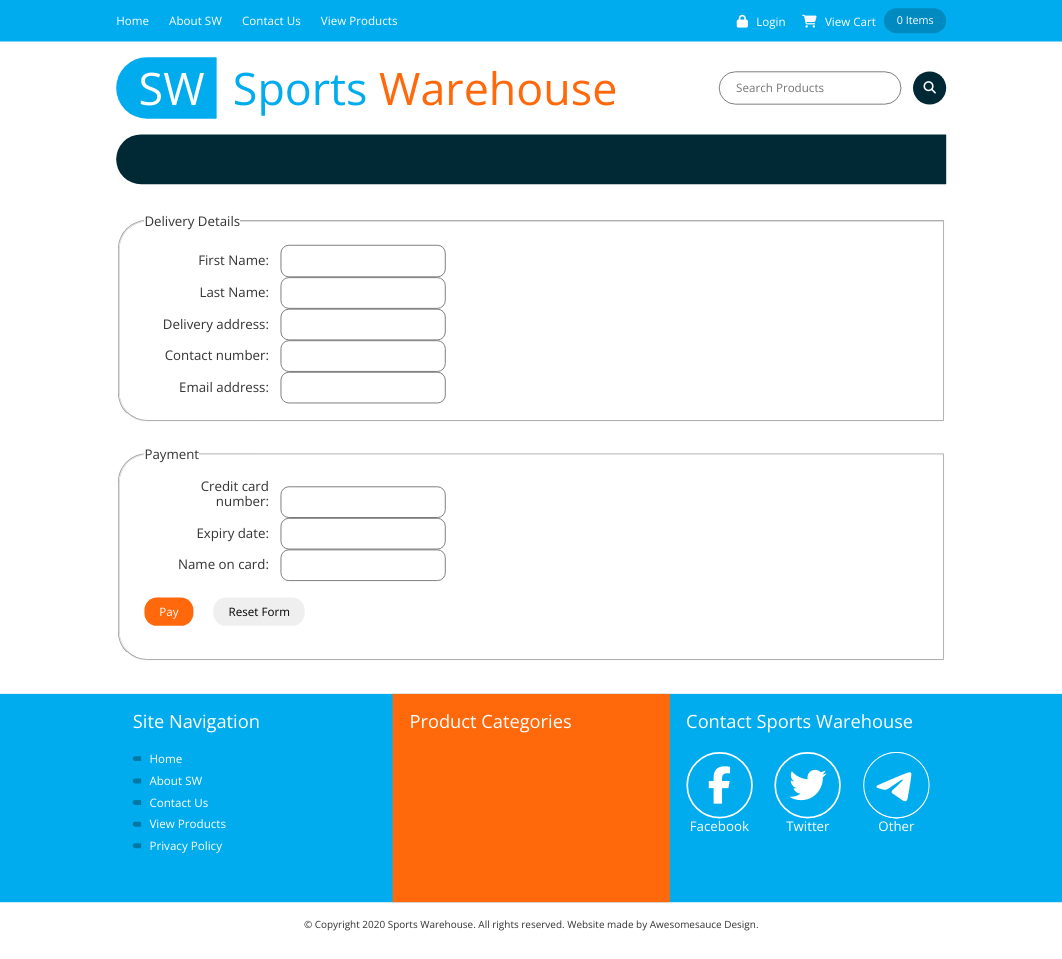
Repository: TonyHoukun-2022/sportswarehouse-php
Page: http://localhost/checkout.php
An editor plug-in stored every save of this project. The page is shown before and after the next save, followed by the edit.
The browser window is 1280 px wide. The pictures show the whole page, at 83% of full size.
Some web libraries are served in a nearby version. The page is run by PHP 8.4 with error messages shown; the project is at /var/www/html/. Queries for data that is not in the repository find no rows.

Above is the page before, as saved 2021-11-24 21:16:09.

### checkout.php
<?php
  require_once "classes/Category.php";

  session_start();

  $category = new Category();
  $categoryRows = $category->getCategories();


  $title = "Checkout";

  // start buffer
  ob_start();

  // display checkout form
  include "templates/checkoutForm.html.php";

  $output = ob_get_clean();

  include "templates/layout.html.php";
?>

### classes/Category.php
<?php
// this class is part of the business layer it used the DBAccess class
require_once "DBAccess.php";

class Category {
  // private properties
  private $_categoryName;
  private $_categoryId;

  // constructor sets up the database settings and creats a DBAccess onject
  public function __construct() {
    // get datbase settings
    include "settings/db.php";

    try {
      // create database object
      $this->_db = new DBAccess ($dsn, $username, $password);
    } catch (PDOException $e) {
      die ("Unable to connect to database, " . $e->getmessage());
    }
  }

  // set and get methods
  // get category name
  public function getCategoryName($categoryId) {
    try {
      // connect to db
      $pdo = $this->_db->connect();

      // set up SQL
      $sql = "SELECT categoryName  FROM category WHERE categoryId = :categoryId";
      $stmt = $pdo->prepare($sql);
      $stmt->bindValue(":categoryId", $categoryId);

      // execuet SQL
      $rows = $this->_db->executeSQL($stmt);

      return $rows;
    } catch (PDOException $e) {
      throw $e;
    }
  }

  // get category id
  // public function getCategoryId() {
  //   try {
  //     // connect to db
  //     $pdo = $this->_db->connect();

  //     // set up SQL
  //     $sql = "SELECT categoryId  FROM category";
  //     $stmt = $pdo->prepare($sql);

  //     // execuet SQL
  //     $rows = $this->_db->executeSQL($stmt);

  //     return $rows;
  //   } catch (PDOException $e) {
  //     throw $e;
  //   }
  // }

  // get all categories
  public function getCategories() {
    try {
      // connect to db
      $pdo = $this->_db->connect();

      // set up SQL
      $sql = "SELECT categoryName, categoryId FROM category";
      $stmt = $pdo->prepare($sql);

      // execuet SQL
      $rows = $this->_db->executeSQL($stmt);

      return $rows;
    } catch (PDOException $e) {
      throw $e;
    }
  }

   // add new category
   public function addCategory() {
    // connect to db
    $pdo = $this->_db->connect();

    // set up SQL
    $sql = "insert into category(categoryId, categoryName) values ( :categoryId, :categoryName)";
    $stmt = $pdo->prepare($sql);
    $stmt->bindValue(":categoryId", $_POST["newCategoryId"], PDO::PARAM_INT);
    $stmt->bindValue(":categoryName", $_POST["newCategoryName"], PDO::PARAM_STR);
    $stmt->execute();

    // execuet SQL
    $message = "New category was added.";
  }

  // delete category
  public function deleteCategory() {
    // connect to db
    $pdo = $this->_db->connect();

    // set up SQL
    $sql = "DELETE FROM category WHERE categoryId = :categoryId";
    $stmt = $pdo->prepare($sql);
    $stmt->bindValue(":categoryId", $_POST["categoryId"], PDO::PARAM_INT);

    // execuet SQL
    $this->_db->executeNonQuery($stmt, true);
    $message = "Category was deleted.";
  }

  // modify category
  public function modifyCategory() {
    // connect to db
    $pdo = $this->_db->connect();

    // set up SQL
    $sql = "UPDATE category SET categoryName = :categoryName WHERE categoryId = :categoryId";
    $stmt = $pdo->prepare($sql);
    $stmt->bindValue(":categoryId", $_POST["categoryId"], PDO::PARAM_INT);
    $stmt->bindValue(":categoryName", $_POST["modifyCategory"], PDO::PARAM_STR);

    // execuet SQL
    $this->_db->executeNonQuery($stmt, true);
    $message = "Category was renamed.";
  }
}
?>

### classes/DBAccess.php
<?php
class DBAccess {
	private $_DSN;
	private $_userName;
	private $_password;
	private $_pdo;

	//set up database connection details
	public function __construct($DSN, $userName, $password) {
		$this->_DSN = $DSN;
		$this->_userName = $userName;
		$this->_password = $password;
	}

	//connect to the database
	public function connect() {
		try {
			$this->_pdo = new PDO($this->_DSN, $this->_userName, $this->_password);
			$this->_pdo->setAttribute(PDO::ATTR_ERRMODE, PDO::ERRMODE_EXCEPTION );
		}
		catch(PDOException $e) {
			die("Connection failed: " . $e->getMessage());
		}
		return $this->_pdo;
	}

	//disconnect from database
	public function disconnect() {
		$this->_pdo = "";
	}

	//execute SQL query returning back rows
	public function executeSQL($stmt) {
		try {
			$stmt->execute();
			$rows = $stmt->fetchAll();
		}
		catch(PDOException $e) {
			die("Query failed: " . $e->getMessage());
		}
		return $rows;
	}

	//return a single value
	public function executeSQLReturnOneValue($stmt) {
		try {
			//execute the query
			$stmt->execute();
			$value = $stmt->fetchColumn();
		}
		catch(PDOException $e) {
			die("Query failed: " . $e->getMessage());
		}
		return $value;
	}

	//execute insert, update and delete statements
	public function executeNonQuery($stmt, $pkid=false) {
		try {
			$value = $stmt->execute();

			//get the primary key ID generated by the DB
			if($pkid == true) {
				$value = $this->_pdo->lastInsertId();
			}
		}
		catch(PDOException $e) {
			die("Query failed: " . $e->getMessage());
		}

		//return the primary key if one was generated otherwise returns true/false
		return $value;
	}
}
?>

### settings/db.php
<?php
  //this file contains the database settings for the application
  //it detects if the application is running locally or on a remote server
  //the correct database settings are set
  //this file needs to be included in all the files that connect to the database

  //check if script is running locally
  if(  $_SERVER["SERVER_NAME"] ==   "localhost" || $_SERVER["SERVER_ADDR"] ==   "127.0.0.1"){
    //website is running unser locahost - use local DB details
      $dsn = "mysql:host=localhost;dbname=sportswarehouse;charset=utf8";
      $username = "root";
      $password = "";
      } else {
        //website is running on the remote server
        $dsn = "mysql:host=localhost;dbname=hornsbytafetest_magenta02;charset=utf8";
        $username = "hornsbytafetest_magenta02";
        $password = "phone@95#";
      }
?>

### templates/checkoutForm.html.php

<form method="POST" action="thanksOrder.php" id="checkout">
  <fieldset>
    <legend>Delivery Details</legend>
    <p>
      <label for="firstName">First Name: </label>
      <input type="text" id="firstName" name="firstName">
    </p>

    <p>
      <label for="lastName">Last Name: </label>
      <input type="text" id="lastName" name="lastName">
    </p>

    <p>
      <label for="address">Delivery address: </label>
      <input type="text" id="address" name="address">
    </p>

    <p>
      <label for="phone">Contact number: </label>
      <input type="text" id="phone" name  ="phone">
    </p>

    <p>
      <label for="email">Email address: </label>
      <input type="text" id="email" name  ="email">
    </p>
  </fieldset>

  <fieldset>
    <legend>Payment</legend>
    <p>
      <label for="creditcard">Credit card number: </label>
      <input type="text" id="creditcard" name  ="creditcard">
    </p>

    <p>
      <label for="expiry">Expiry date: </label>
      <input type="text" id="expiry" name="expiry">
    </p>

    <p>
      <label for="nameOnCard">Name on card:</label>
      <input type="text" id="nameOnCard" name  ="nameOnCard">
    </p>

    <p>
      <input type="submit"  name="pay" value="Pay">
      <input type="reset" name="resetButton" id="resetButton" value="Reset Form">
    </p>
  </fieldset>
</form>

### templates/layout.html.php
<!DOCTYPE html>
<html lang="en">
<head>
  <meta charset="UTF-8">
  <meta name="viewport" content="width=device-width, initial-scale=1.0">
  <link href="https://fonts.googleapis.com/css2?family=Open+Sans:wght@300;400&display=swap" rel="stylesheet">
  <link rel="stylesheet" href="./styles/style.css?v=<?php echo time(); ?>">
  <link rel="stylesheet" href="plugins/jquery.bxslider/jquery.bxslider.min.css">
  <title><?= $title ?></title>
</head>

<body>
  <div class="site-wrapper">
    <header class="header-wrapper">
      <div class="top-menu-wrapper">
        <div class="top-menu">
          <!-- Mobile Cart & Login Buttons -->
          <div class="mobile mobile-menu-container">
            <button id="menu-toggle" class="mobile">
              <i class="fas fa-bars"></i>Menu
            </button>
            <a class="mobile-cart-link" href="viewCart.php">
              <button id="mobile-cart" class="mobile">
                <i class="fas fa-shopping-cart"></i>View Cart
              </button>
            </a>
            <div class="mobile cart-items">
              <p>0 Items</p>
            </div>
          </div>

          <!-- Navigation Links -->
          <nav class="menu">
            <a class="desktop-login-link" href="adminHome.php">
              <button id="mobile-login" class="mobile">
                <i class="fas fa-lock"></i>Login
              </button>
            </a>
            <ul class="links">
              <li class="link">
                <a href="landing.php"><i class="far fa-circle"></i>Home</a>
              </li>
              <li class="link">
                <a href="#!"><i class="far fa-circle"></i>About SW</a>
              </li>
              <li class="link">
                <a href="contact.php"><i class="far fa-circle"></i>Contact Us</a>
              </li>
              <li class="link">
                <a href="viewProducts.php"><i class="far fa-circle"></i>View Products</a>
              </li>
            </ul>
          </nav>

          <!-- Desktop Cart & Login Buttons -->
          <a class="desktop-login-link" href="adminHome.php">
            <button id="desktop-login" class="desktop">
              <i class="fas fa-lock"></i>Login
            </button>
          </a>
          <a href="viewCart.php">
            <button id="desktop-cart" class="desktop">
              <i class="fas fa-shopping-cart"></i>View Cart
            </button>
          </a>
          <div class="desktop cart-items">
            <p>0 Items</p>
          </div>
        </div>
      </div>

      <!-- Logo and Search -->
      <div class="logo-and-search">
        <a href="landing.php">
          <h1>
            <span class="semi-circle">SW </span>Sports <span class="special">Warehouse</span>
          </h1>
        </a>

        <!-- Search Bar -->
        <div class="search-container">
          <form action="searchProduct.php" method="GET">
            <input type="text" name="search" placeholder="Search Products" class="search-field">
            <button id="search-button" type="submit" name="search-button" value="search">
              <i class="fas fa-search"></i>
            </button>
          </form>
        </div>
      </div>
    </header>

    <div class="categories-menu-container">
      <div class="categories-menu">
        <ul class="categories">
          <?php foreach ($categoryRows as $row):
          $categoryName = $row["categoryName"];
          $categoryId = $row["categoryId"];
          ?>
          <li class="category">
            <a href="browseCategory.php?categoryId=<?= $categoryId ?>"><?= $categoryName ?></a>
          </li>
          <?php endforeach; ?>
        </ul>
      </div>
    </div>

    <?= $output ?>

    <footer>
      <div class="footer-wrapper-container">
        <div class="footer-wrapper">
          <section class="footer-navigation-container">
            <h3>Site Navigation</h3>
            <ul class="footer-navigation">
              <li><a href="landing.php">Home</a></li>
              <li><a href="#">About SW</a></li>
              <li><a href="contact.php">Contact Us</a></li>
              <li><a href="viewProducts.php">View Products</a></li>
              <li><a href="privacyPolicy.php">Privacy Policy</a></li>
            </ul>
          </section>

          <section class="footer-categories-menu desktop">
            <h3>Product Categories</h3>
              <ul class="footer-categories">
                <?php foreach ($categoryRows as $row):
                $categoryName = $row["categoryName"];
                $categoryId = $row["categoryId"];
                ?>
                <li class="footer-category">
                  <a href="browseCategory.php?categoryId=<?= $categoryId ?>"><?= $categoryName ?></a>
                </li>
                <?php endforeach; ?>
              </ul>
          </section>

          <section class="footer-external-links">
            <h3>Contact Sports Warehouse</h3>
            <div class="external-links">
              <div class="facebook-container">
                <a href="https://www.facebook.com/" target="_blank">
                  <i class="fa fa-facebook" aria-hidden="true"></i>
                </a>
                <p>Facebook</p>
              </div>
              <div class="twitter-container">
                <a href="https://twitter.com/?lang=en" target="_blank">
                  <i class="fa fa-twitter" aria-hidden="true"></i>
                </a>
                <p>Twitter</p>
              </div>
              <div class="other-container">
                <a href="https://www.google.com/" target="_blank">
                  <i class="fa fa-telegram" aria-hidden="true"></i>
                </a>
                <p>Other</p>
              </div>
            </div>
          </section>
        </div>
      </div>

      <div class="copyright">
        <p>&copy; Copyright 2020 Sports Warehouse.</p>
        <p>All rights reserved.</p>
        <p>Website made by Awesomesauce Design.</p>
      </div>
    </footer>
  </div>
<script
  src="https://code.jquery.com/jquery-3.5.1.min.js"
  integrity="sha256-9/aliU8dGd2tb6OSsuzixeV4y/faTqgFtohetphbbj0="
  crossorigin="anonymous">
</script>
<script src="./plugins/jquery.bxslider/jquery.bxslider.min.js"></script>
<script src="./scripts/app.js"></script>
<script src="https://kit.fontawesome.com/5888dd2011.js" crossorigin="anonymous"></script>
</body>
</html>

Loaded but not shown: plugins/jquery.bxslider/jquery.bxslider.min.css (library); plugins/jquery.bxslider/jquery.bxslider.min.js (library); scripts/app.js (184 lines, source omitted); styles/style.css (1223 lines, source omitted)

After the next save:
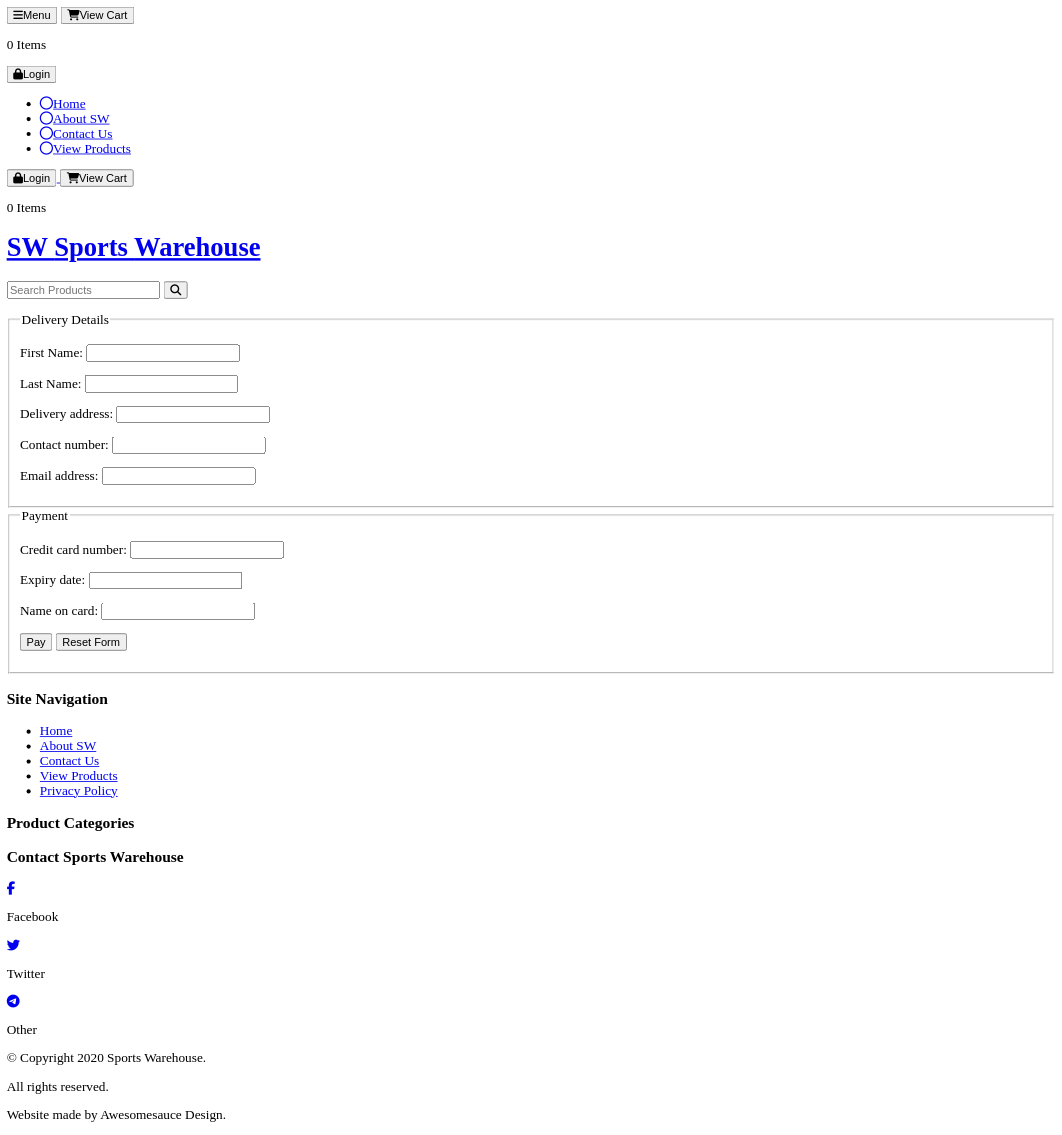
Saved 2 min 7 s later.
--- a/templates/layout.html.php
+++ b/templates/layout.html.php
@@ -4,7 +4,8 @@
   <meta charset="UTF-8">
   <meta name="viewport" content="width=device-width, initial-scale=1.0">
   <link href="https://fonts.googleapis.com/css2?family=Open+Sans:wght@300;400&display=swap" rel="stylesheet">
-  <link rel="stylesheet" href="./styles/style.css?v=<?php echo time(); ?>">
+  <!-- <link rel="stylesheet" href="./styles/style.css?v=<?php echo time(); ?>"> -->
+  <link rel="stylesheet" href="<?= $theme ?>?v=<?php echo time(); ?>">
   <link rel="stylesheet" href="plugins/jquery.bxslider/jquery.bxslider.min.css">
   <title><?= $title ?></title>
 </head>
